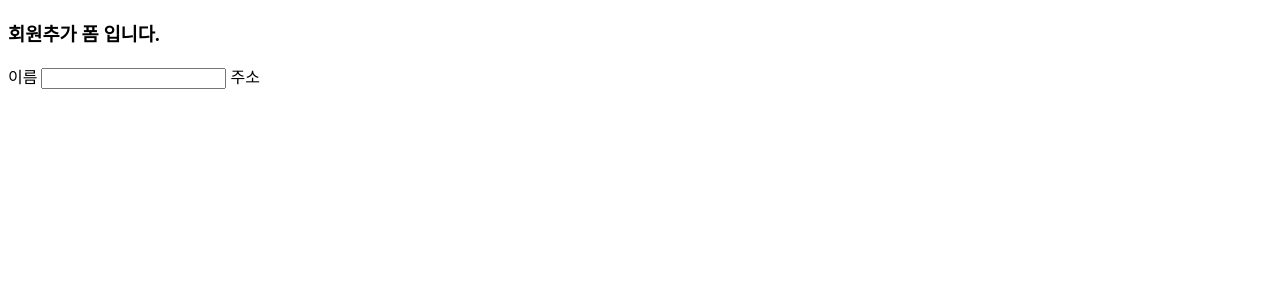
Repository: hyunhee7/python_work
Page: Django03_CRUD/templates/member/insertform.html
An editor plug-in stored every save of this project. The page is shown before and after the next save, followed by the edit.
The browser window is 1280 px wide. The pictures show the whole page.

Above is the page before, as saved 2017-08-21 02:18:34.

### Django03_CRUD/templates/member/insertform.html
<!DOCTYPE html>
<html>
<head>
<meta charset="UTF-8">
<title>templates/member/insertform.html</title>
</head>
<body>
<h3>회원추가 폼 입니다.</h3>
<form action="/member/insert/" method="post">
	<label for="name">이름</label>
	<input type="text" name="name" id="name" />
	<label for="addr" name="addr" id="addr">주소</label>
</form>
</body>
</html>

After the next save:
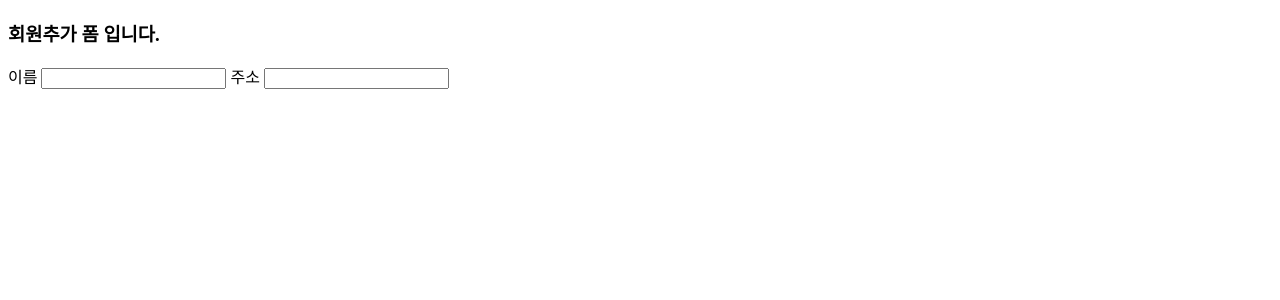
Saved 23 s later.
--- a/Django03_CRUD/templates/member/insertform.html
+++ b/Django03_CRUD/templates/member/insertform.html
@@ -9,7 +9,8 @@
 <form action="/member/insert/" method="post">
 	<label for="name">이름</label>
 	<input type="text" name="name" id="name" />
-	<label for="addr" name="addr" id="addr">주소</label>
+	<label for="addr">주소</label>
+	<input type="text" name="addr" id="addr" />
 </form>
 </body>
 </html>
